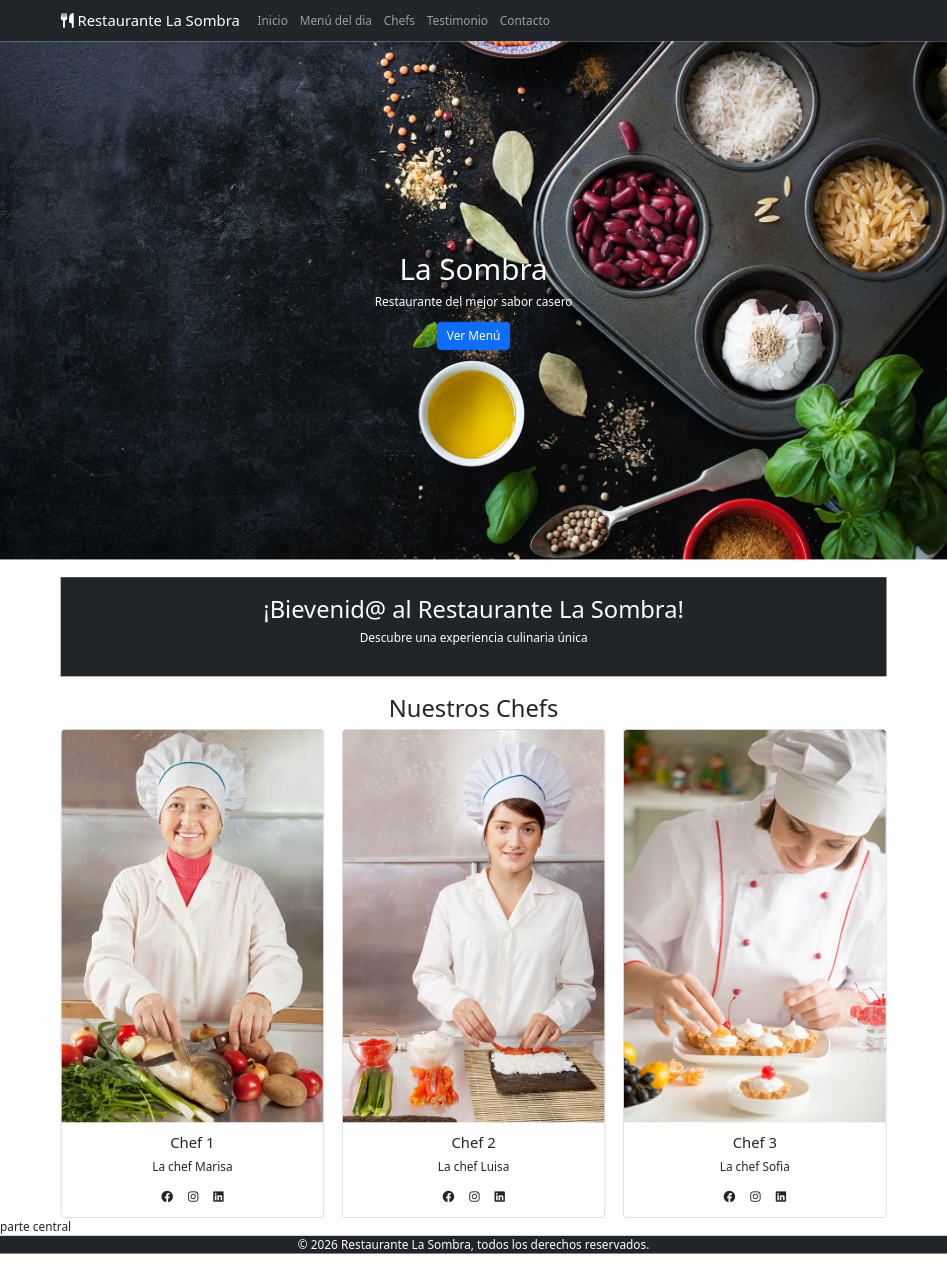
Repository: salextros/Restaurant-Project-PHP-MySQL
Page: http://localhost/restaurant/index.php
An editor plug-in stored every save of this project. The page is shown before and after the next save, followed by the edit.
The browser window is 1280 px wide. The pictures show the whole page, at 74% of full size.
The page is run by PHP 8.4 with error messages shown; the project is at /var/www/html/.

Above is the page before, as saved 2026-01-17 12:09:35.

### restaurant/index.php
<!doctype html>
<html lang="en">

<head>
    <title>Title</title>
    <!-- Required meta tags -->
    <meta charset="utf-8" />
    <meta
        name="viewport"
        content="width=device-width, initial-scale=1, shrink-to-fit=no" />

    <!-- Bootstrap CSS v5.2.1 -->
    <link
        href="https://cdn.jsdelivr.net/npm/bootstrap@5.3.2/dist/css/bootstrap.min.css" rel="stylesheet"
        integrity="sha384-T3c6CoIi6uLrA9TneNEoa7RxnatzjcDSCmG1MXxSR1GAsXEV/Dwwykc2MPK8M2HN" crossorigin="anonymous" />

        <link
        rel="stylesheet"
        href="https://cdnjs.cloudflare.com/ajax/libs/font-awesome/6.4.2/css/all.min.css"
        crossorigin="anonymous"
        referrerpolicy="no-referrer" />
</head>

<body>




    <nav class="navbar navbar-expand-lg navbar-dark bg-dark">
        <div class="container">

            <a class="navbar-brand" href="#"> <i class="fas fa-utensils"></i> Restaurante La Sombra </a>

            <button class="navbar-toggler" type="button" data-bs-toggle="collapse" data-bs-target="#navbarNav" aria-controls="navbarNav" aria-expanded="false" aria-label="Toggle navigation">
                <span class="navbar-toggler-icon"></span>
            </button>

            <div class="collapse navbar-collapse" id="navbarNav">
                <ul class="nav navbar-nav ml-auto">

                    <li class="nav-item">
                        <a class="nav-link" href="#inicio">Inicio</a>
                    </li>

                    </li>
                    <li class="nav-item">
                        <a class="nav-link" href="#menu">Menú del dia</a>
                    </li>

                    </li>
                    <li class="nav-item">
                        <a class="nav-link" href="#chefs">Chefs</a>
                    </li>

                    </li>
                    <li class="nav-item">
                        <a class="nav-link" href="#testimonio">Testimonio</a>
                    </li>

                    </li>
                    <li class="nav-item">
                        <a class="nav-link" href="#contacto">Contacto</a>
                    </li>

                </ul>
            </div>
        </div>
    </nav>

    <section id="banner" class="container-fluid p-0">
        <div class="banner-img" style="position:relative; background:url('images/slider-image1.jpg') center/cover no-repeat; height: 700px;">

            <div class="banner-text" style="position: absolute; top:50%; left:50%; transform: translate(-50%, -50%); color:#fff; text-align:center;">
                <h1>La Sombra</h1>
                <p>Restaurante del mejor sabor casero</p>
                <a href="#menu" class="btn btn-primary">Ver Menú</a>
            </div>

        </div>


    </section>


    <section id="id" class="container mt-4 text-center">

        <div class="jumbotron bg-dark text-white">

            <br />
            <h2>¡Bievenid@ al Restaurante La Sombra!</h2>
            <p>Descubre una experiencia culinaria única</p>
            <br />
        </div>
    </section>

    <section id="chefs" class="container mt-4 text-center">
    <h2>Nuestros Chefs</h2>
        <div class="row">
            <div class="col-md-4">

            <div class="card">
                <img src="images/colaboradores/team-image1.jpg"
                class="card-img-top"
                alt="Chef 1" />

            <div class="card-body">
                <h5 class="card-title">Chef 1</h5>
                <p class="card-text">La chef Marisa </p>
                <div class="social-icons mt-3">
                    <a href="#" class="text-dark m-2"><i class="fab fa-facebook"></i></a>
                    <a href="#" class="text-dark m-2"><i class="fab fa-instagram"></i></a>
                    <a href="#" class="text-dark m-2"><i class="fab fa-linkedin"></i></a>
                </div>

            </div>

            </div>

            </div>


            <div class="col-md-4">

            <div class="card">
                <img src="images/colaboradores/team-image2.jpg"
                class="card-img-top"
                alt="Chef 2" />

            <div class="card-body">
                <h5 class="card-title">Chef 2</h5>
                <p class="card-text">La chef Luisa </p>
                <div class="social-icons mt-3">
                    <a href="#" class="text-dark m-2"><i class="fab fa-facebook"></i></a>
                    <a href="#" class="text-dark m-2"><i class="fab fa-instagram"></i></a>
                    <a href="#" class="text-dark m-2"><i class="fab fa-linkedin"></i></a>
                </div>

            </div>

            </div>

            </div>



            <div class="col-md-4">

            <div class="card">
                <img src="images/colaboradores/team-image3.jpg"
                class="card-img-top"
                alt="Chef 3" />

            <div class="card-body">
                <h5 class="card-title">Chef 3</h5>
                <p class="card-text">La chef Sofia </p>
                <div class="social-icons mt-3">
                    <a href="#" class="text-dark m-2"><i class="fab fa-facebook"></i></a>
                    <a href="#" class="text-dark m-2"><i class="fab fa-instagram"></i></a>
                    <a href="#" class="text-dark m-2"><i class="fab fa-linkedin"></i></a>
                </div>

            </div>

            </div>

            </div>

        </div>

    </section>

    <header>
        <!-- place navbar here -->
    </header>
    <main>
        parte central


    </main>






    <footer class="bg-dark text-white text-center">
        <!-- place footer here -->

        <p> &copy; 2026 Restaurante La Sombra, todos los derechos reservados.</p>

    </footer>
    <!-- Bootstrap JavaScript Libraries -->
    <script
        src="https://cdn.jsdelivr.net/npm/@popperjs/core@2.11.8/dist/umd/popper.min.js"
        integrity="sha384-I7E8VVD/ismYTF4hNIPjVp/Zjvgyol6VFvRkX/vR+Vc4jQkC+hVqc2pM8ODewa9r"
        crossorigin="anonymous"></script>

    <script
        src="https://cdn.jsdelivr.net/npm/bootstrap@5.3.2/dist/js/bootstrap.min.js"
        integrity="sha384-BBtl+eGJRgqQAUMxJ7pMwbEyER4l1g+O15P+16Ep7Q9Q+zqX6gSbd85u4mG4QzX+"
        crossorigin="anonymous"></script>
</body>

</html>

After the next save:
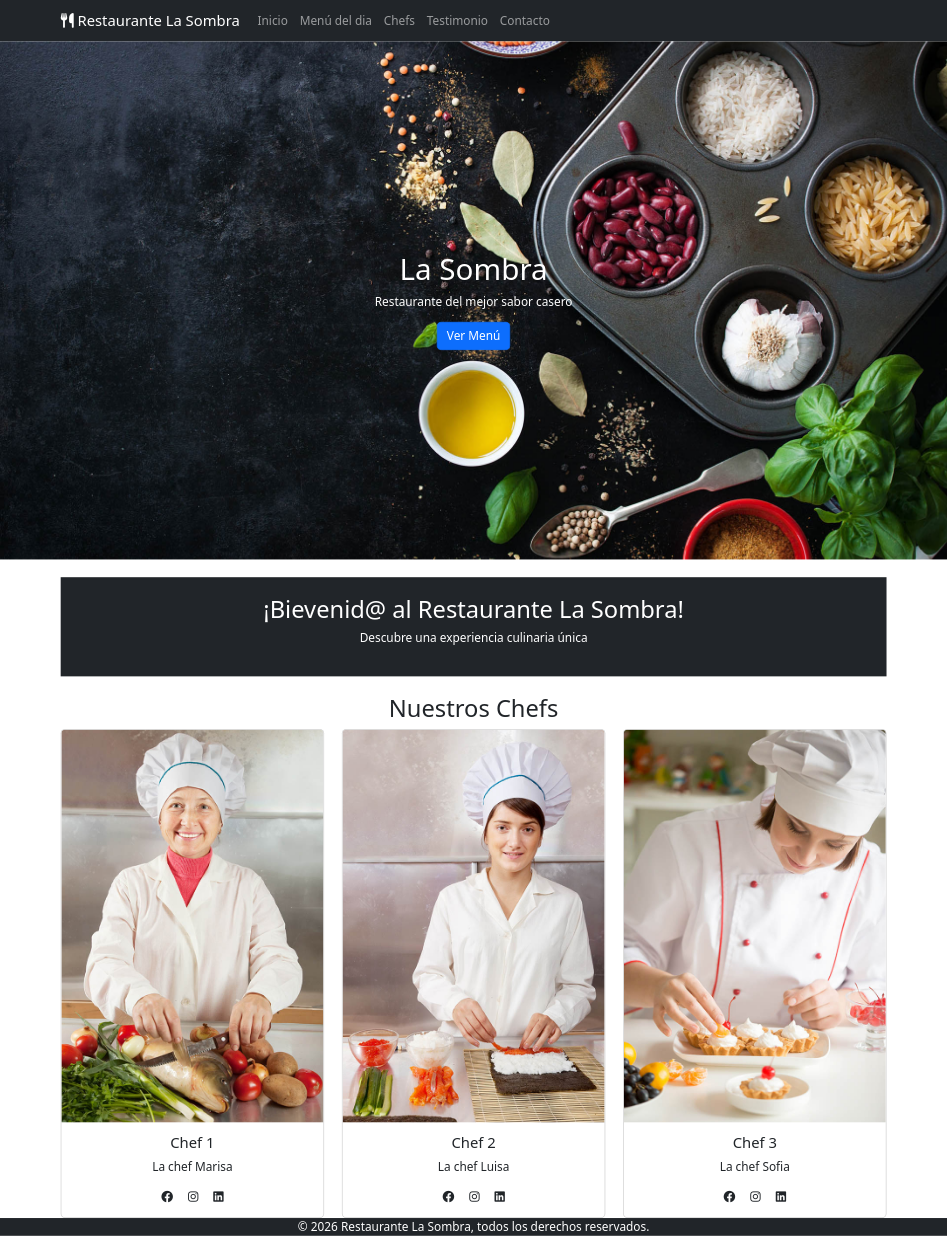
Saved 2 min 32 s later.
--- a/restaurant/index.php
+++ b/restaurant/index.php
@@ -22,8 +22,6 @@
 </head>
 
 <body>
-
-
 
 
     <nav class="navbar navbar-expand-lg navbar-dark bg-dark">
@@ -61,7 +59,6 @@
                     <li class="nav-item">
                         <a class="nav-link" href="#contacto">Contacto</a>
                     </li>
-
                 </ul>
             </div>
         </div>
@@ -75,12 +72,8 @@
                 <p>Restaurante del mejor sabor casero</p>
                 <a href="#menu" class="btn btn-primary">Ver Menú</a>
             </div>
-
         </div>
-
-
     </section>
-
 
     <section id="id" class="container mt-4 text-center">
 
@@ -111,13 +104,9 @@
                     <a href="#" class="text-dark m-2"><i class="fab fa-instagram"></i></a>
                     <a href="#" class="text-dark m-2"><i class="fab fa-linkedin"></i></a>
                 </div>
-
             </div>
-
             </div>
-
             </div>
-
 
             <div class="col-md-4">
 
@@ -134,14 +123,9 @@
                     <a href="#" class="text-dark m-2"><i class="fab fa-instagram"></i></a>
                     <a href="#" class="text-dark m-2"><i class="fab fa-linkedin"></i></a>
                 </div>
-
             </div>
-
             </div>
-
             </div>
-
-
 
             <div class="col-md-4">
 
@@ -158,29 +142,11 @@
                     <a href="#" class="text-dark m-2"><i class="fab fa-instagram"></i></a>
                     <a href="#" class="text-dark m-2"><i class="fab fa-linkedin"></i></a>
                 </div>
-
             </div>
-
             </div>
-
             </div>
-
         </div>
-
     </section>
-
-    <header>
-        <!-- place navbar here -->
-    </header>
-    <main>
-        parte central
-
-
-    </main>
-
-
-
-
 
 
     <footer class="bg-dark text-white text-center">
